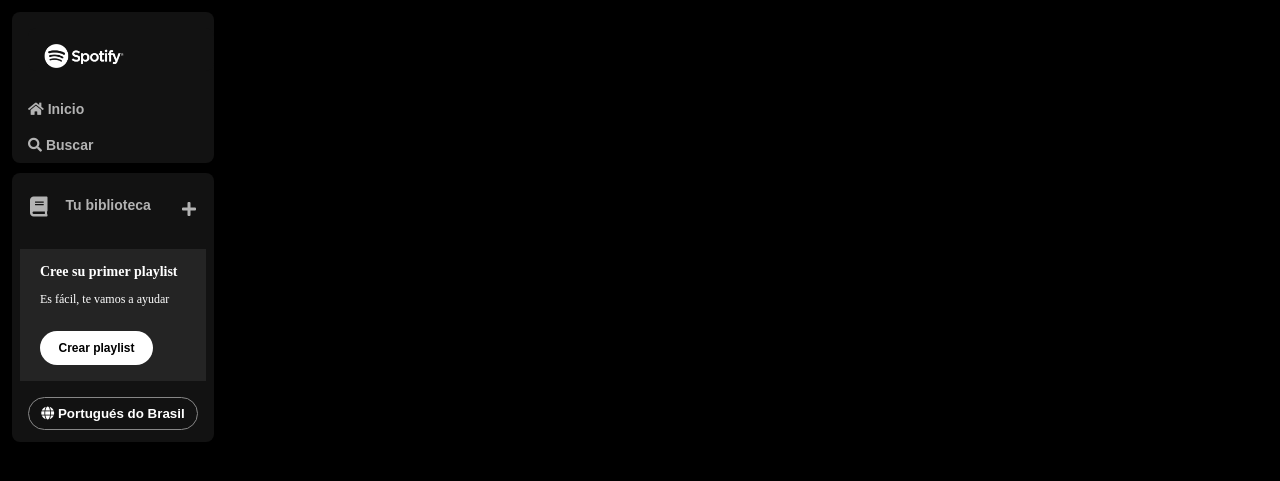
Repository: AnaFzCz/PROYECTO-SPOTIFY
Page: index.html
The author's editor kept a copy of each file at every save. The page is drawn from the files as they stood at one save, then again after the next save.
The browser window is 1280 px wide. The pictures show the whole page.

Above is the page before, as saved 2025-01-28 22:49:34.

After the next save:
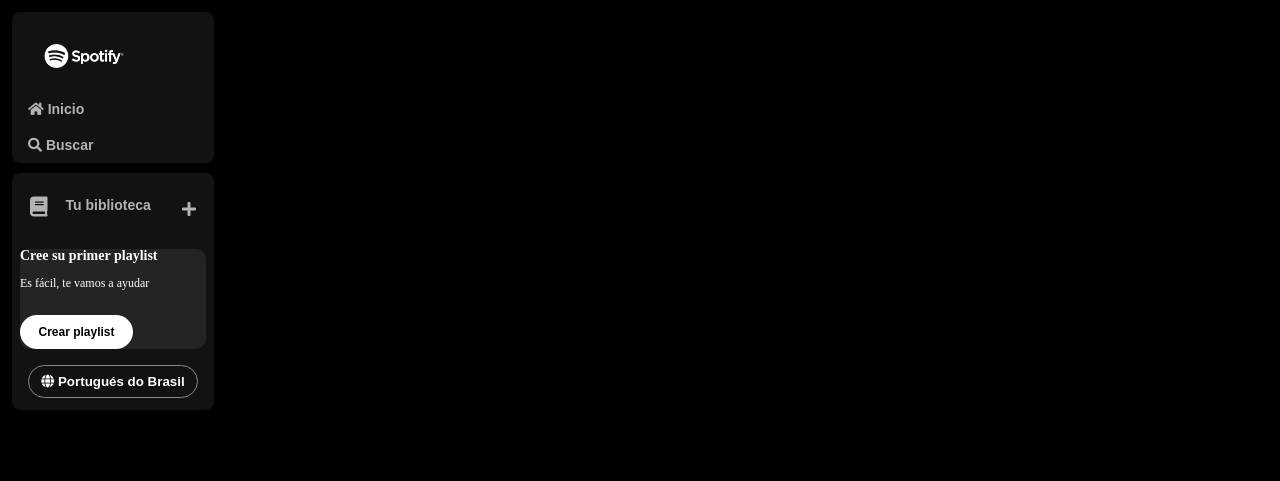
Saved 81 s later.
--- a/styles.css
+++ b/styles.css
@@ -103,7 +103,7 @@
     font-weight: 600;
     font-size: 14px;
     margin: 8px 0px;
-    padding: 16px 20px;
+    border-radius: 10px;
 }
 
 .seccion_playlist .seccion_playlist_contenido {
@@ -167,5 +167,5 @@
     width: 170px;
     margin: 8px;
     padding: 8px;
-border-radius:20px;
+    border-radius: 20px;
 }

After the save that followed:
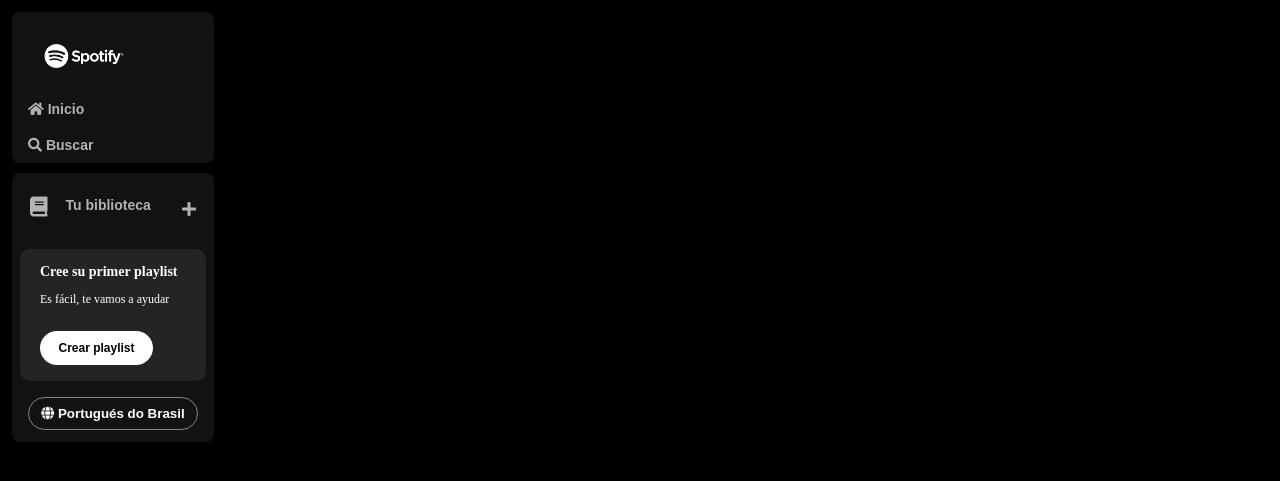
Saved 67 s later.
--- a/styles.css
+++ b/styles.css
@@ -103,6 +103,7 @@
     font-weight: 600;
     font-size: 14px;
     margin: 8px 0px;
+    padding: 16px 20px;
     border-radius: 10px;
 }
 
